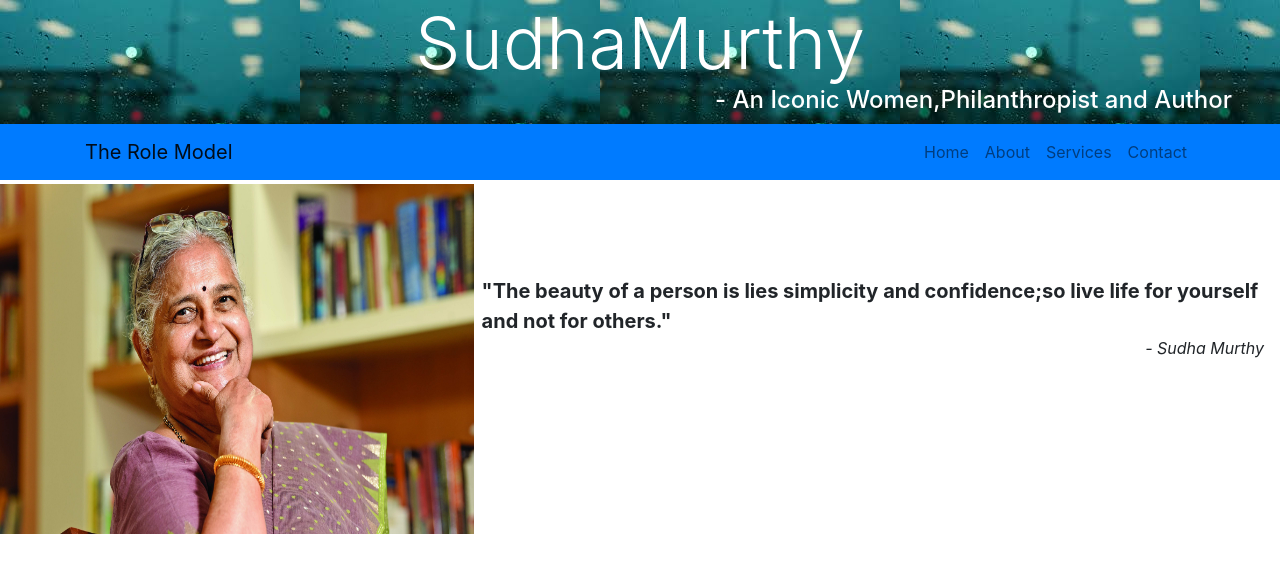
Repository: sumanthr18/RoleModel
Page: index.html
An editor plug-in stored every save of this project. The page is shown before and after the next save, followed by the edit.
The browser window is 1280 px wide. The pictures show the whole page.

Above is the page before, as saved 2020-03-14 18:07:20.

### index.html
<!DOCTYPE html>
<html lang="en">
<head>
    <meta charset="UTF-8">
    <meta name="viewport" content="width=device-width, initial-scale=1.0">
    <title>SudhaMurthy</title>
    <link rel="stylesheet" href="https://stackpath.bootstrapcdn.com/bootstrap/4.4.1/css/bootstrap.min.css" integrity="sha384-Vkoo8x4CGsO3+Hhxv8T/Q5PaXtkKtu6ug5TOeNV6gBiFeWPGFN9MuhOf23Q9Ifjh" crossorigin="anonymous">
</head>
<body>
    <header style="background-image: url(images.jpg);padding-bottom: 0.1%;">
        <h1 class="display-3 text-center my-0 text-white ">SudhaMurthy</h1>
        <h4 class="text-right mr-5 text-white">- An Iconic Women,Philanthropist and Author</h4>
    </header>
    <nav class="navbar navbar-expand-sm navbar-light bg-primary mb-0">
        <div class="container">
            <a class="navbar-brand " href="#">The Role Model</a>
            <button class="navbar-toggler" data-toggle="collapse" data-target="#navbarNav">
                <span class="navbar-toggler-icon"></span>
            </button>
            <div class="collapse navbar-collapse" id="navbarNav">
                <ul class="navbar-nav ml-auto">
                    <li class="nav-item">
                        <a class="nav-link" href="#">Home</a>
                    </li>
                    <li class="nav-item">
                        <a class="nav-link" href="#">About</a>
                    </li>
                    <li class="nav-item">
                        <a class="nav-link" href="#">Services</a>
                    </li>
                    <li class="nav-item">
                        <a class="nav-link" href="#">Contact</a>
                    </li>
                </ul>
            </div>
        </div>
    </nav>

<div class="media">
        <img class="mt-1" style="width:37%;height:350px" src="Sudha_Murty_1-update.jpg">
        <blockquote class="" >
            <br>
            <br>
            <br>
            <br>
            <p class="ml-2 mb-0 lead" style="font-weight: bold;">"The beauty of a person is lies simplicity and confidence;so live life for yourself and not for others."</p>
            <footer class="pr-3 text-sm-right"><cite>- Sudha Murthy</cite></footer>
        </blockquote>
</div>
</body>
</html>

After the next save:
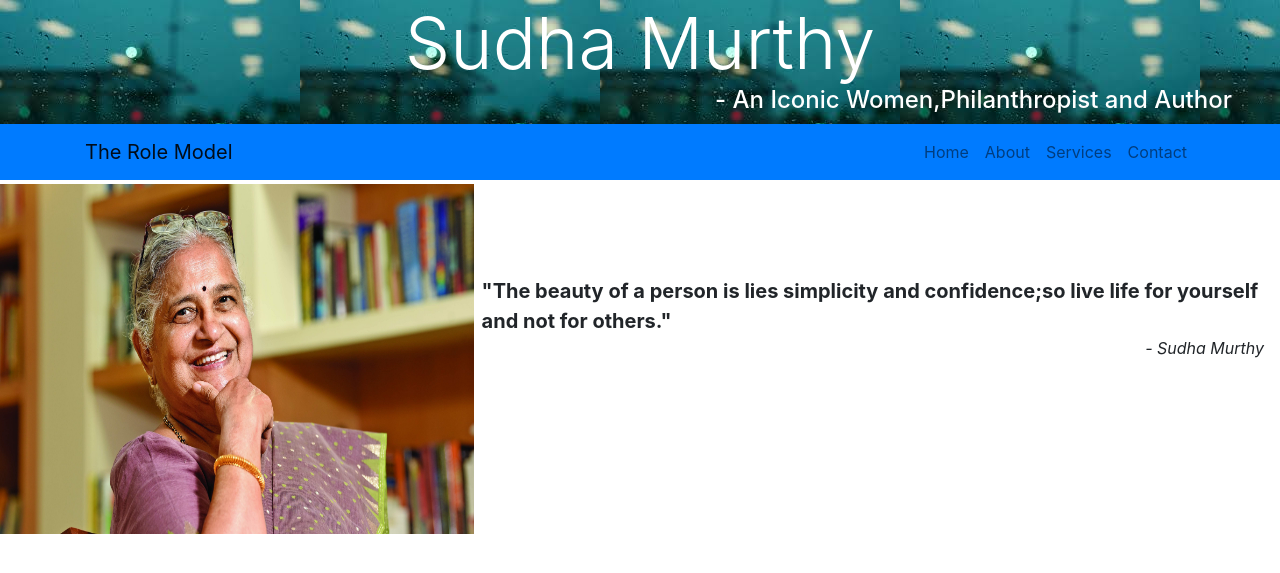
Saved 33 s later.
--- a/index.html
+++ b/index.html
@@ -8,7 +8,7 @@
 </head>
 <body>
     <header style="background-image: url(images.jpg);padding-bottom: 0.1%;">
-        <h1 class="display-3 text-center my-0 text-white ">SudhaMurthy</h1>
+        <h1 class="display-3 text-center my-0 text-white ">Sudha Murthy</h1>
         <h4 class="text-right mr-5 text-white">- An Iconic Women,Philanthropist and Author</h4>
     </header>
     <nav class="navbar navbar-expand-sm navbar-light bg-primary mb-0">
@@ -47,5 +47,6 @@
             <footer class="pr-3 text-sm-right"><cite>- Sudha Murthy</cite></footer>
         </blockquote>
 </div>
+
 </body>
 </html>
